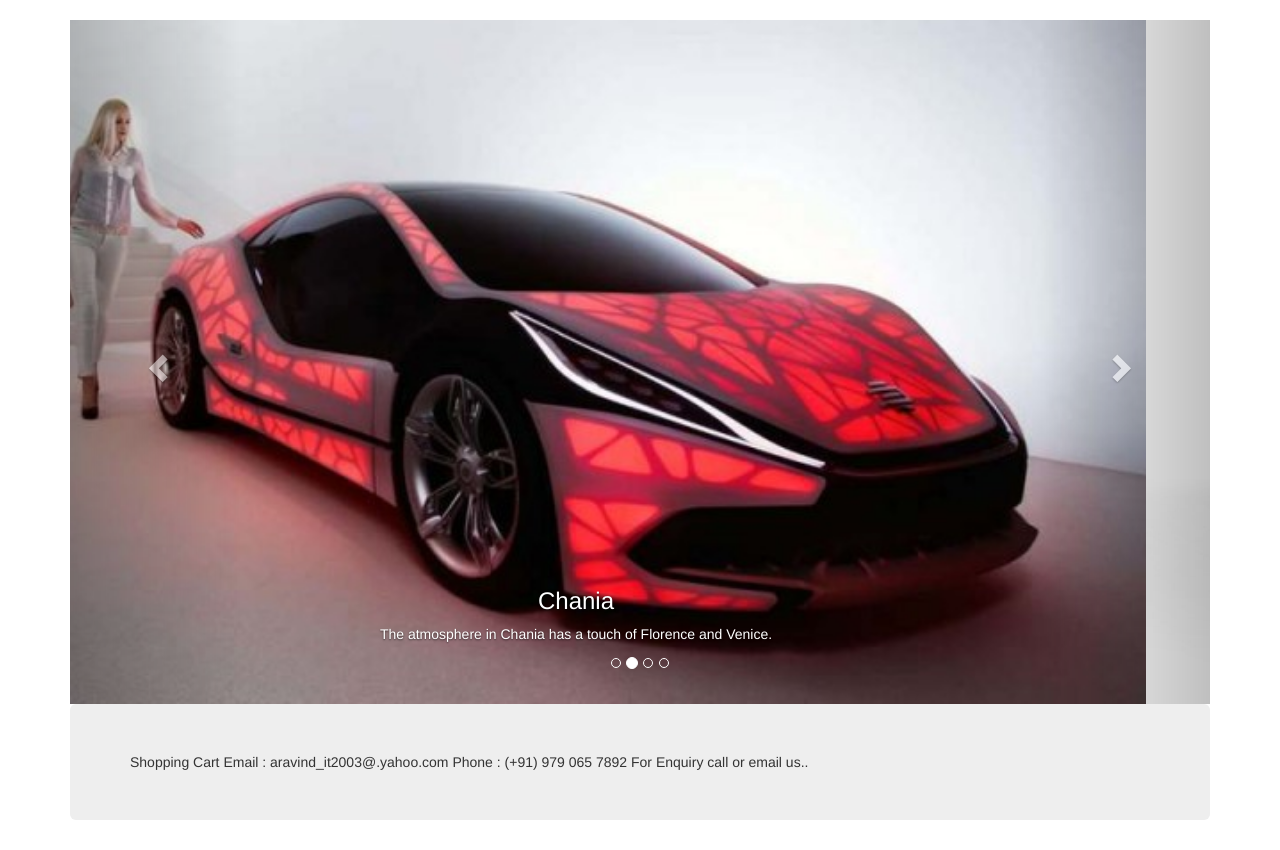
Repository: AravindMarshall/ShoppingCart
Page: http://localhost/Phineas/ContactUs.jsp
The author's editor kept a copy of each file at every save. The page is drawn from the files as they stood at one save, then again after the next save.
The browser window is 1280 px wide. The pictures show the whole page.
The page is served by Tomcat 9.

Above is the page before, as saved 2016-06-11 19:09:32.

After the next save:
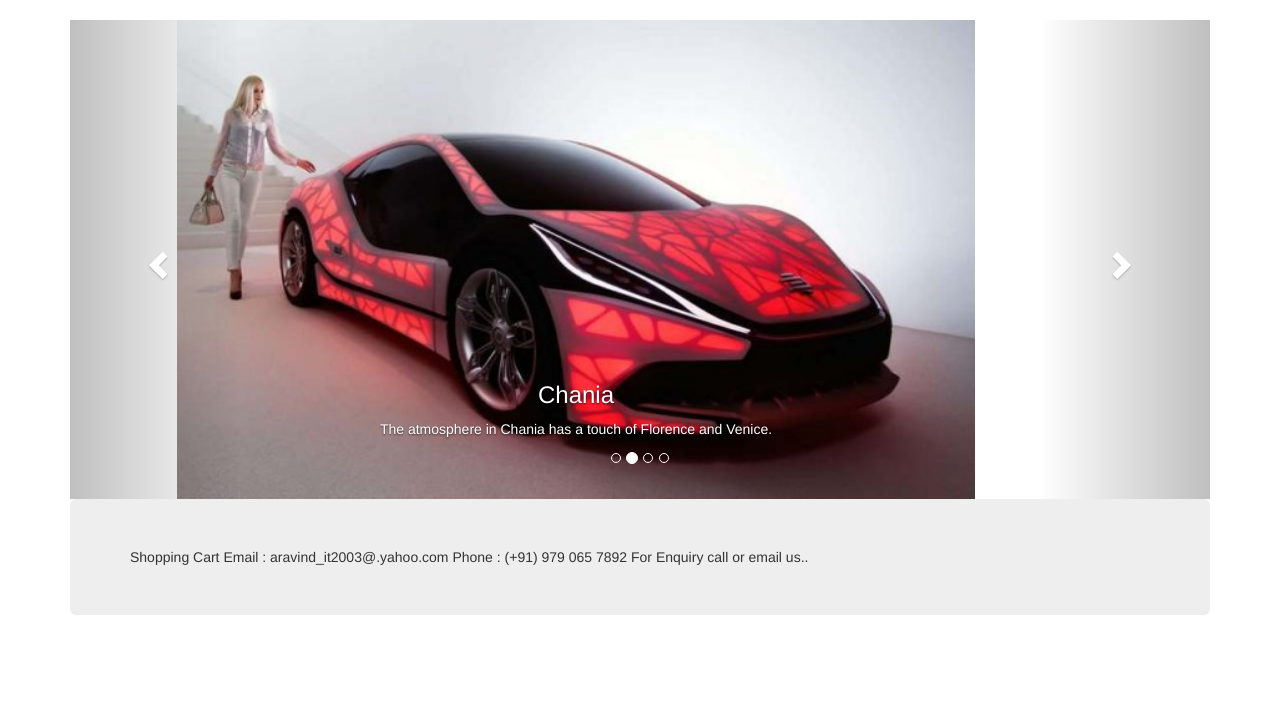
Saved 35 s later.
--- a/NIIT Shopping Cart/Phineas/WebContent/ContactUs.jsp
+++ b/NIIT Shopping Cart/Phineas/WebContent/ContactUs.jsp
@@ -13,7 +13,7 @@
   <style>
   .carousel-inner > .item > img,
   .carousel-inner > .item > a > img {
-      width: 100%;
+      width: 70%;
       height: 70%;
       margin: auto;
   }
